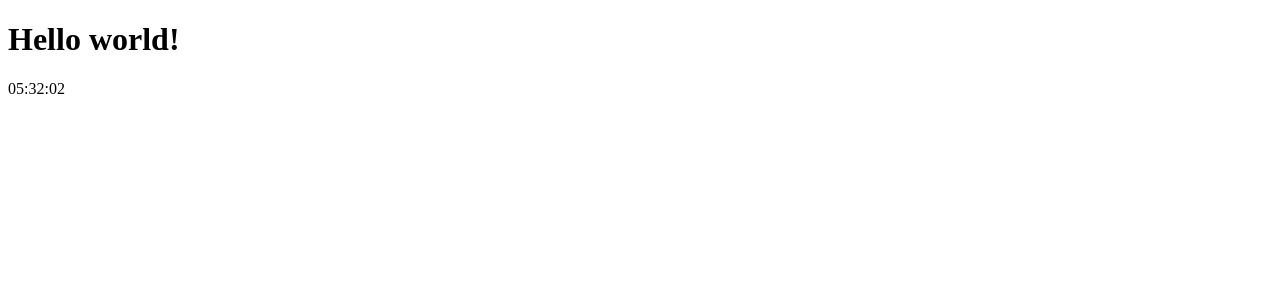
Repository: jinliuli/SIST_server
Page: http://localhost/JSPTest/ex01.jsp
An editor plug-in stored every save of this project. The page is shown before and after the next save, followed by the edit.
The browser window is 1280 px wide. The pictures show the whole page.
The page is served by Tomcat 9.

Above is the page before, as saved 2024-09-13 07:14:30.

After the next save:
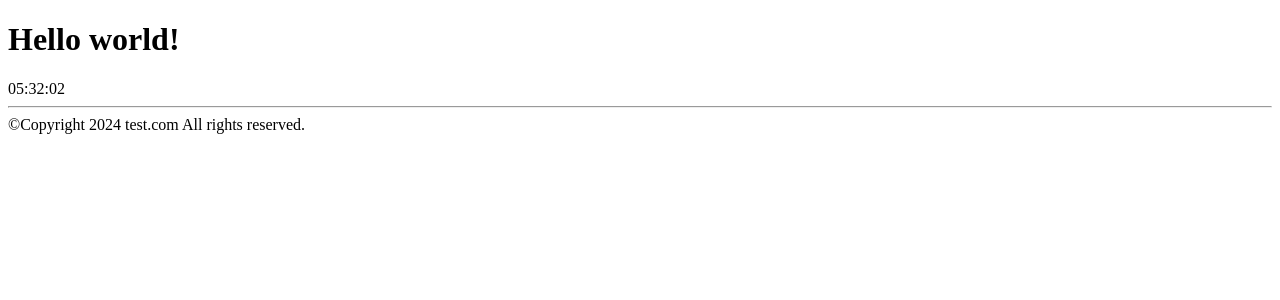
Saved 60 s later.
--- a/JSPTest/src/main/webapp/ex01.jsp
+++ b/JSPTest/src/main/webapp/ex01.jsp
@@ -24,5 +24,7 @@
 		//자바 스크립트 영역
 	</script>
 
+	<%@ include file="./inc/copyright.jsp" %>
+
 </body>
 </html>
